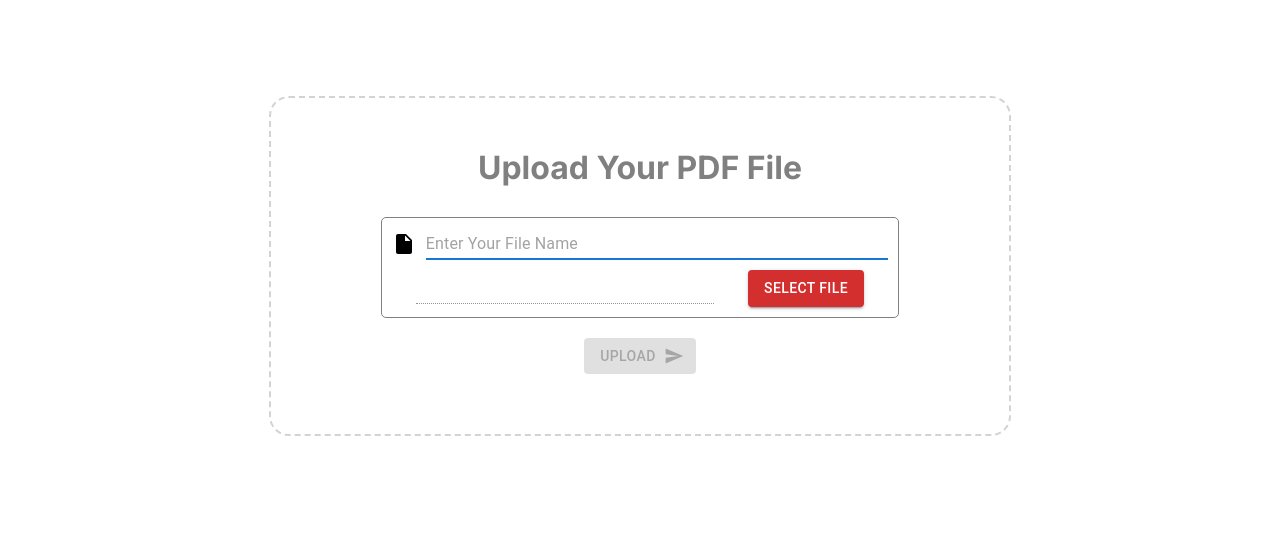
Repository: BhushanPatil-121/pdf-upload-nextjs
Page: /
The author's editor kept a copy of each file at every save. The page is drawn from the files as they stood at one save, then again after a run of saves.
The browser window is 1280 px wide. The pictures show the whole page.
The project was rebuilt for these pictures with package versions that can differ from the ones it lists, and the page was loaded fresh each time. The framework's server and built-in components were replaced by stand-ins that run in the browser. Also part of the build but not shown: next.config.mjs.

Above is the page before, as saved 2024-02-29 11:15:33.

### src/app/page.tsx
"use client"
import styles from "./page.module.css";
import { styled } from '@mui/material/styles';
import Button from '@mui/material/Button';
import CloudUploadIcon from '@mui/icons-material/CloudUpload';
import { useState } from 'react';
import { Alert, Box, Stack, TextField } from "@mui/material";
import InsertDriveFileIcon from '@mui/icons-material/InsertDriveFile';
import SendIcon from '@mui/icons-material/Send';
import LoadingButton from '@mui/lab/LoadingButton';
import { CloudDownload } from "@mui/icons-material";

const VisuallyHiddenInput = styled('input')({
  clip: 'rect(0 0 0 0)',
  clipPath: 'inset(50%)',
  height: 1,
  overflow: 'hidden',
  position: 'absolute',
  bottom: 0,
  left: 0,
  whiteSpace: 'nowrap',
  width: 1,
});

export default function Home() {
  const [loading, setLoading] = useState(false);
  const [uploading, setUploding] = useState(false);
  const [fileName, setFileName] = useState<string>("")
  const [defaultFileName, setDefaultFileName] = useState<string>("")
  const [file, setFile] = useState<string>("")
  function handleClick(e: any) {
    setLoading(true);
    setTimeout(() => setLoading(false), 3000);
    setTimeout(() => {
      setUploding(true)
      setFileName("")
      setFile("")
    }, 3000);
    setTimeout(() => setUploding(false), 6000);
    e.preventDefault();
    let formData = new FormData();
    formData.append('filename', fileName);
    formData.append('file', file);
    console.log(fileName, file);
  }
  return (
    <main className={styles.main}>
      <div className={styles.mainContainer}>
        <h1 className={styles.mainHeading}>Upload Your PDF File</h1>
        <form className={styles.mainForm}>
          <div className={styles.mainFormContainer}>
            <div className={styles.mainFormSubContainer1}>
              <InsertDriveFileIcon />
              <Box sx={{width:'100%'}}>
              <TextField
                id="standard-basic"
                fullWidth
                placeholder="Enter Your File Name"
                value={fileName}
                autoFocus
                onChange={(e) => { setFileName(e.target.value) }}
                variant="standard" />
              </Box>
            </div>
            <div className={styles.mainFormSubContainer2}>
              <Box sx={{width:'60%'}}>
              <TextField
                id="standard-multiline-static"
                multiline
                fullWidth
                rows={1}
                disabled
                variant="standard"
                value={defaultFileName}
              />
              </Box>
              <Button
                component="label"
                role={undefined}
                variant="contained"
                tabIndex={-1}
                color={file ? "success" : "error"}
                onChange={(e: any) => {
                  setFile(e.target.files[0]);
                  setDefaultFileName(e.target.files[0].name);
                }}>Select file
                <VisuallyHiddenInput type="file" accept="application/pdf" />
              </Button>
            </div>
          </div>
          <LoadingButton
            onClick={handleClick}
            endIcon={<SendIcon />}
            loading={loading}
            disabled={fileName.length < 1}
            loadingPosition="end"
            variant="contained">
            {
              loading ? "Uploading..." : "Upload"
            }
          </LoadingButton>
        </form>
      </div>
      {
        uploading &&
        <Stack sx={{ width: '50%' }} spacing={2}>
          <Alert variant="filled" severity="success">
            File Upload Successfully
          </Alert>
        </Stack>
      }
    </main>
  );
}

### src/app/globals.css


* {
  box-sizing: border-box;
  padding: 0;
  margin: 0;
}

html,
body {
  max-width: 100vw;
  overflow-x: hidden;
}


a {
  color: inherit;
  text-decoration: none;
}

### src/app/page.module.css
.main {
  display: flex;
  flex-direction: column;
  justify-content: start;
  gap: 20px;
  align-items: center;
  padding: 6rem 0;
  min-height: 100vh;
}

.mainContainer {
  width: 58%;
  display: flex;
  flex-direction: column;
  justify-content: center;
  align-items: center;
  padding: 50px 100px;
  border-radius: 20px;
  border: dashed 2px lightgrey;
}

.mainHeading {
  color: grey;
}

.mainForm {
  display: flex;
  flex-direction: column;
  align-items: center;
  justify-content: center;
  width: 100%;
  padding: 10px;
  border-radius: 10px;
}

.mainFormContainer {
  display: flex;
  flex-direction: column;
  align-items: center;
  justify-content: center;
  width: 100%;
  height: 100%;
  border: 1px solid grey;
  border-radius: 5px;
  padding: 10px;
  gap: 10px;
  margin: 20px;
}

.mainFormSubContainer1 {
  display: flex;
  flex-direction: row;
  align-items: center;
  justify-content: center;
  gap: 10px;
  width: 100%;
}

.mainFormSubContainer2 {
  display: flex;
  flex-direction: row;
  align-items: center;
  justify-content: space-evenly;
  gap: 10px;
  width: 100%;

}

Loaded but not shown: src/app/layout.tsx (common file)

After the next 2 saves:
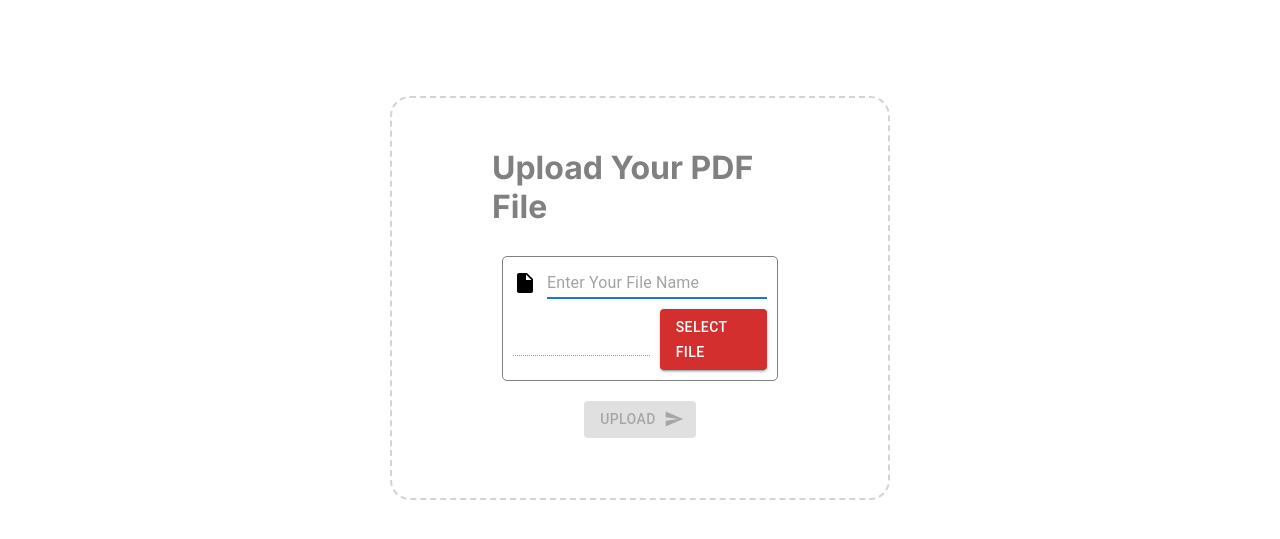
The 2 saves are shown as one change because they came seconds apart.
The last was saved 22 s later.
--- a/src/app/page.module.css
+++ b/src/app/page.module.css
@@ -9,7 +9,7 @@
 }
 
 .mainContainer {
-  width: 58%;
+  width: 500px;
   display: flex;
   flex-direction: column;
   justify-content: center;
